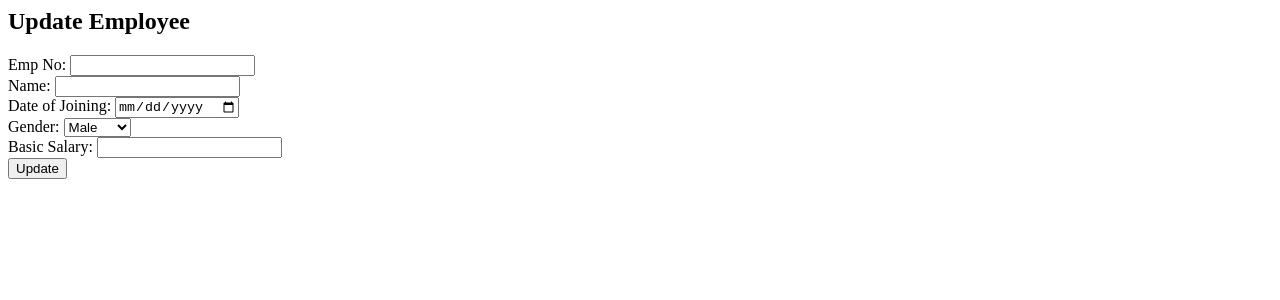
Repository: KUSUMA-74/Advance-JavaProject
Page: http://localhost/EmployeeWebApp/empupdate.jsp
The author's editor kept a copy of each file at every save. The page is drawn from the files as they stood at one save, then again after the next save.
The browser window is 1280 px wide. The pictures show the whole page.
The page is served by Tomcat 9.

Above is the page before, as saved 2025-05-30 05:38:44.

After the next save:
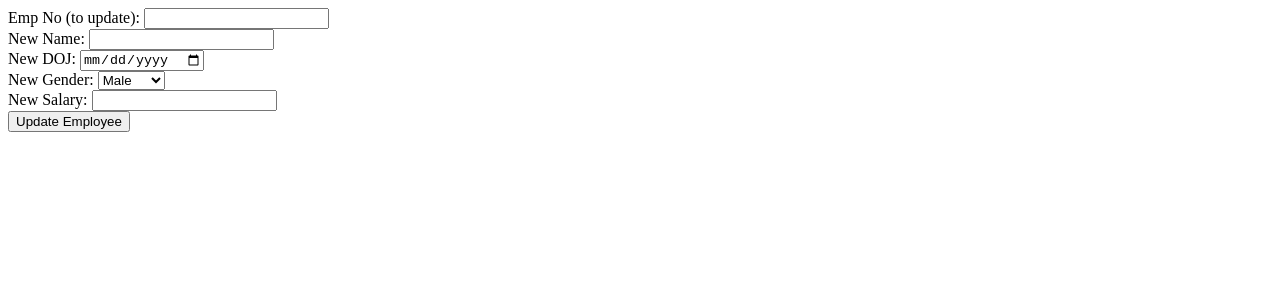
Saved 15 s later.
--- a/EmployeeWebApp/src/main/webapp/empupdate.jsp
+++ b/EmployeeWebApp/src/main/webapp/empupdate.jsp
@@ -1,19 +1,8 @@
-<%@ page language="java" contentType="text/html; charset=UTF-8" %>
-<html>
-<head><title>Update Employee</title></head>
-<body>
-    <h2>Update Employee</h2>
-    <form action="UpdateEmployeeServlet" method="post">
-        Emp No: <input type="number" name="empno" required><br>
-        Name: <input type="text" name="empName" required><br>
-        Date of Joining: <input type="date" name="doj" required><br>
-        Gender:
-        <select name="gender">
-            <option value="Male">Male</option>
-            <option value="Female">Female</option>
-        </select><br>
-        Basic Salary: <input type="number" name="bsalary" step="0.01" required><br>
-        <input type="submit" value="Update">
-    </form>
-</body>
-</html>
+<form action="UpdateEmployeeServlet" method="post">
+    Emp No (to update): <input name="empno" /><br/>
+    New Name: <input name="empname" /><br/>
+    New DOJ: <input name="doj" type="date" /><br/>
+    New Gender: <select name="gender"><option>Male</option><option>Female</option></select><br/>
+    New Salary: <input name="bsalary" /><br/>
+    <input type="submit" value="Update Employee" />
+</form>
